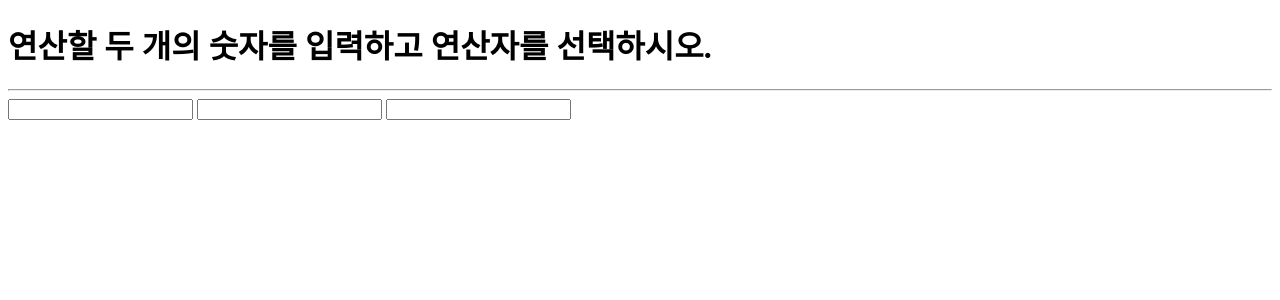
Repository: kdg0109/multicampus_course
Page: web course/workspace_web/mvc/WebContent/calcForm.html
These files come from the project's save history. The page is drawn as it stood at one moment and after the next save; the edit follows.
The browser window is 1280 px wide. The pictures show the whole page.

Above is the page before, as saved 2018-02-09 05:19:15.

### web course/workspace_web/mvc/WebContent/calcForm.html
<!DOCTYPE html>
<html>
<head>
<meta charset="UTF-8">
<title>Insert title here</title>
</head>
<body>
	<h1>연산할 두 개의 숫자를 입력하고 연산자를 선택하시오.</h1>
	<hr>
	<input type="number" name = "firstNum" required>
	<input id=favorite_calc name="favorite_star" type=text list=favorite_calc_list search>
	<datalist id=favorite_calc_list>
		<option value="+">
		<option value="-">
		<option value="*">
		<option value="/">
	</datalist>
	<input type="number" name = "LastNum"  required>
</body>
</html>

After the next save:
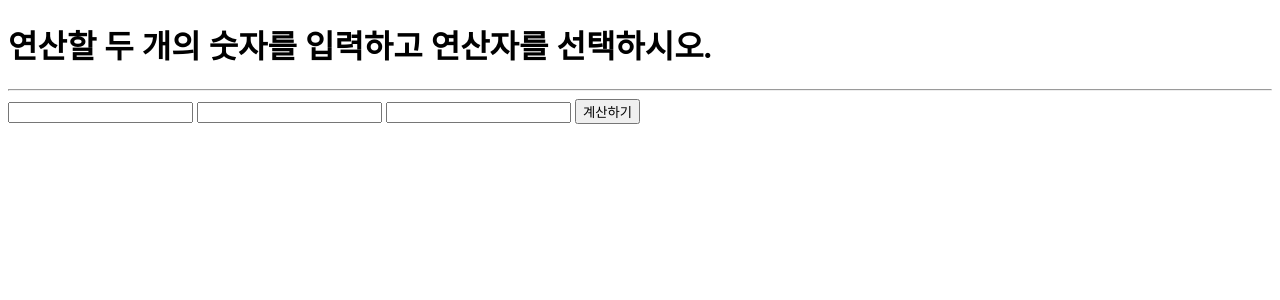
Saved 37 s later.
--- a/web course/workspace_web/mvc/WebContent/calcForm.html
+++ b/web course/workspace_web/mvc/WebContent/calcForm.html
@@ -16,5 +16,6 @@
 		<option value="/">
 	</datalist>
 	<input type="number" name = "LastNum"  required>
+	<input type="submit" name="ok" class="output" value="계산하기">
 </body>
 </html>
